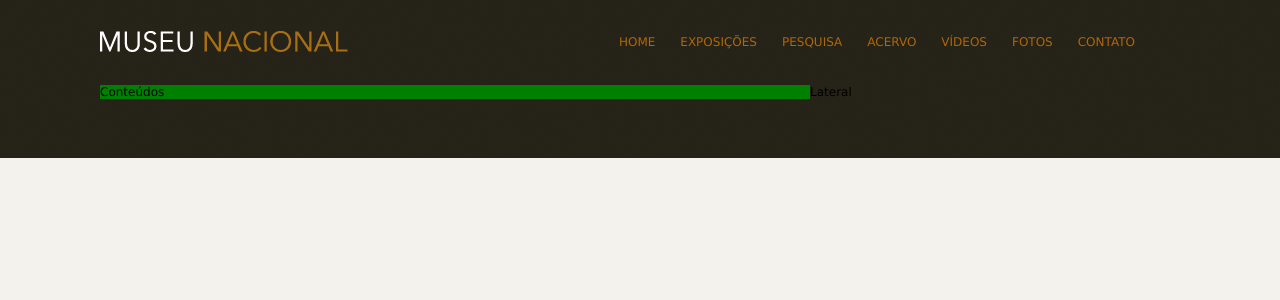
Repository: GustavoScopinho/Museu-Nacional
Page: index.html
These files come from the project's save history. The page is drawn as it stood at one moment and after the next save; the edit follows.
The browser window is 1280 px wide. The pictures show the whole page.

Above is the page before, as saved 2022-07-05 00:59:25.

### index.html
<!DOCTYPE html>
<html>
  <head>
    <title>Museu Nacional</title>
    <meta charset="utf-8" />
    <link rel="stylesheet" type="text/css" href="css/normalize.css" />
    <link rel="stylesheet" type="text/css" href="css/style.css" />
  </head>

  <body>
    <div id="container">
      <!-- Inicio container -->

      <header>
        <div id="logo">
          <h1><a href="">Museu Nacional</a></h1>
        </div>

        <nav>
          <ul>
            <li><a href="#">Home</a></li>
            <li><a href="#">Exposições</a></li>
            <li><a href="#">Pesquisa</a></li>
            <li><a href="#">Acervo</a></li>
            <li><a href="#">Vídeos</a></li>
            <li><a href="#">Fotos</a></li>
            <li><a href="#">Contato</a></li>
          </ul>
        </nav>
      </header>
      <div id="principal">
        <div id="conteudo">
          Conteúdos
        </div>
      <aside>
        Lateral

      </aside>
    </div>
    <!-- fim container -->
  </body>
</html>

### css/style.css

body {
  background: #f4f2ec url(../img/fundo.png) repeat-x;
  font: 12px "Lucida Grande", "Lucida Sans Unicode", Arial, sans-serif ;
}

#container {
  width: 1080px;
  margin: 0 auto;
}

a:link, a:active, a:visited {
  color: #af670a;
  text-decoration: none;
}

a:hover {
  color: #227115;
}

/* LOGO */

#logo h1{
  float: left;
}
#logo a {
  width: 248px;
  height: 21px;
  text-indent: -9999px;
  display: block;
  background: url(../img/logo.png) no-repeat;
}

/* navegation */

header{
  padding: 15px 0;
  height: 55px;
}

nav ul {
  list-style: none;
  margin: 20px;
  float: right;
}
nav ul li {
  float: left;
}

nav ul li a:link {
  display: block;
  margin-right: 25px;
  padding-bottom: 3px;
  text-transform: uppercase;
}

nav ul li a:hover {
  border-bottom: 1px solid #535858;
}

/* Principal */

#conteudo {
  width: 710px;
  float: left;
  background: green;
}

Loaded but not shown: css/normalize.css (library)

After the next save:
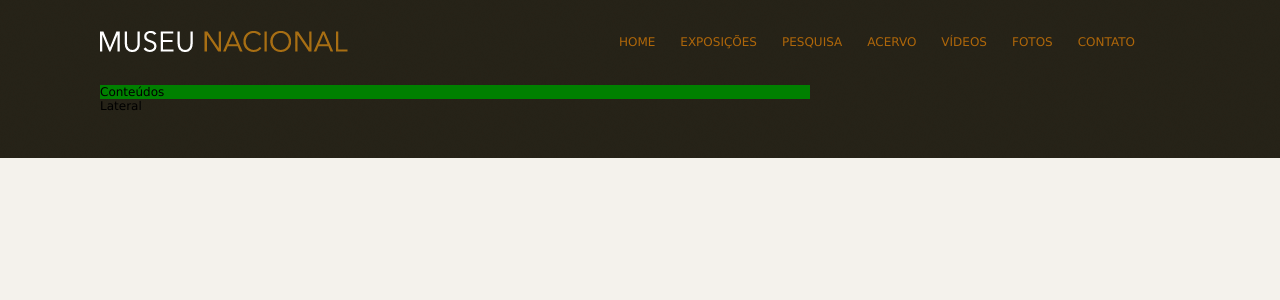
Saved 13 s later.
--- a/css/style.css
+++ b/css/style.css
@@ -65,3 +65,6 @@
   float: left;
   background: green;
 }
+aside {
+  width: 350px;
+}
